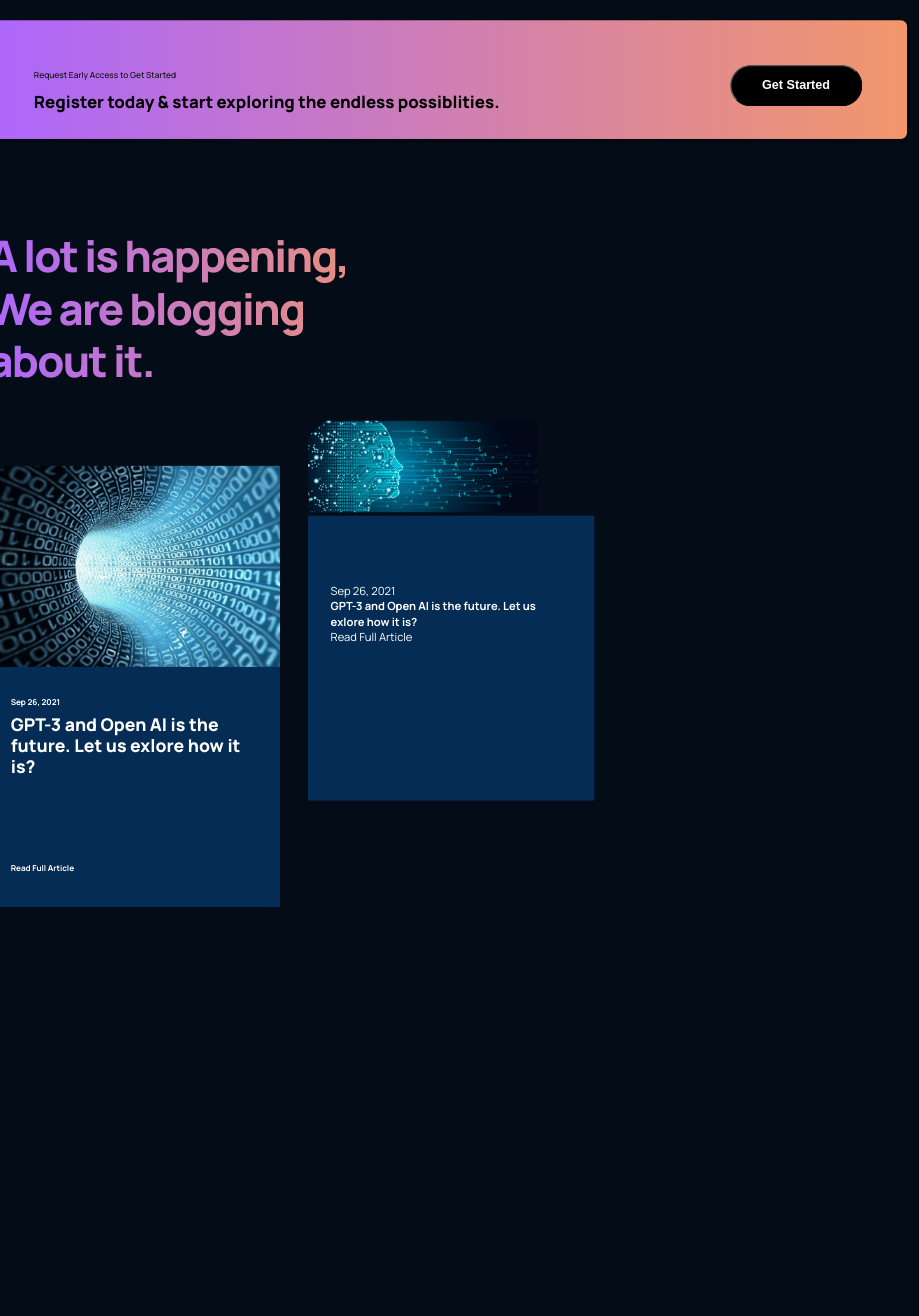
Repository: guilhermecardoso93/lp-gpt3
Page: index.html
The author's editor kept a copy of each file at every save. The page is drawn from the files as they stood at one save, then again after the next save.
The browser window is 1280 px wide. The page is 1313 px wide, so the pictures cover 1313 px, including what lies to the right of the window. The pictures show the part of the page from y = 3024 to 4904 px (the page is 5289 px tall before and 4689 px after), at 70% of full size.

Above is the page before, as saved 2022-08-23 22:15:28.

After the next save:
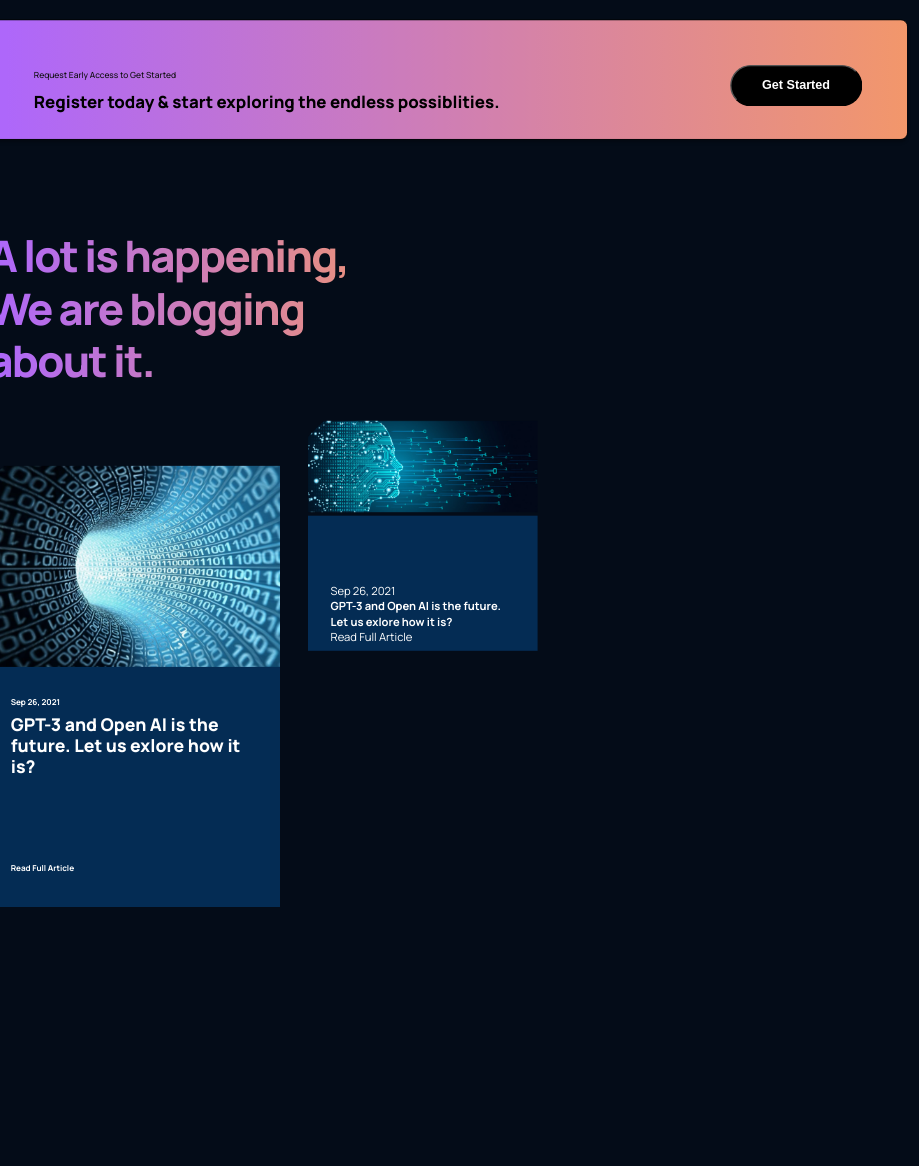
Saved 17 s later.
--- a/style.css
+++ b/style.css
@@ -552,7 +552,8 @@
 
 .MiddleDiv2 {
   background: #042c54;
-  height: 407.27px;
+  width: 327.34px;
+height: 193.37px;
   padding: 2rem;
   color: #fff;
   padding-top: 6rem;
